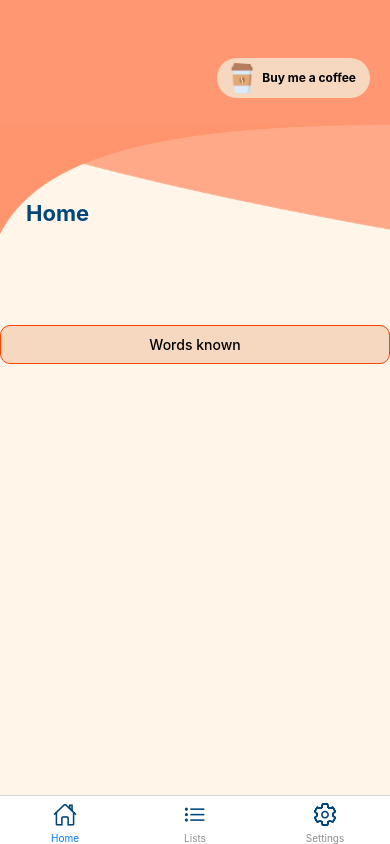
Repository: David-Waite/SpellingApp
Screen: /
The author's editor kept a copy of each file at every save. The screen is drawn from the files as they stood at one save, then again after the next save.
The app was drawn by React Native's web renderer in a window 390 px wide. The project was rebuilt for these pictures with package versions that can differ from the ones it lists, and the page was loaded fresh each time. Also part of the build but not shown: screens/Settings.js, screens/SpellWord.js, screens/WordsLearnt.js, screens/WordListOverview.js, screens/WordLists.js, screens/Donate.js.

Above is the screen before, as saved 2023-06-22 22:13:16.

After the next save:
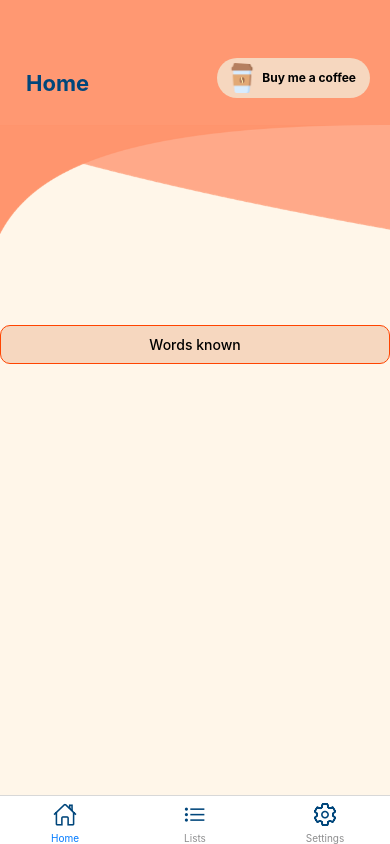
Saved 28 s later.
--- a/App.js
+++ b/App.js
@@ -44,7 +44,7 @@ function BottomTabsScreens() {
             fontSize: 22,
             marginLeft: 10,
             fontWeight: 700,
-            marginBottom: -300,
+            marginBottom: -40,
           },
           headerStyle: {
             backgroundColor: GlobalStyles.colors.primary400,
